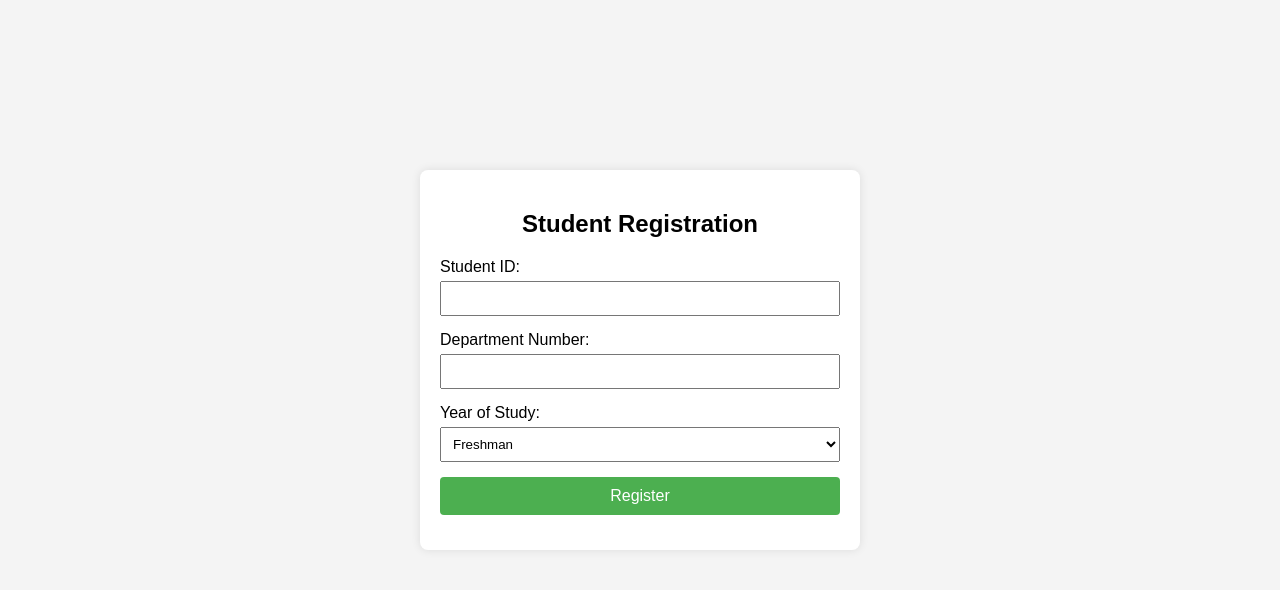
Repository: LokeshGundrathi/AssignmentLeucine
Page: AssignmentProjectLeucine/src/main/webapp/StudentRegistrationForm.html
These files come from the project's save history. The page is drawn as it stood at one moment and after the next save; the edit follows.
The browser window is 1280 px wide. The pictures show the whole page.

Above is the page before, as saved 2024-09-27 16:17:48.

After the next save:
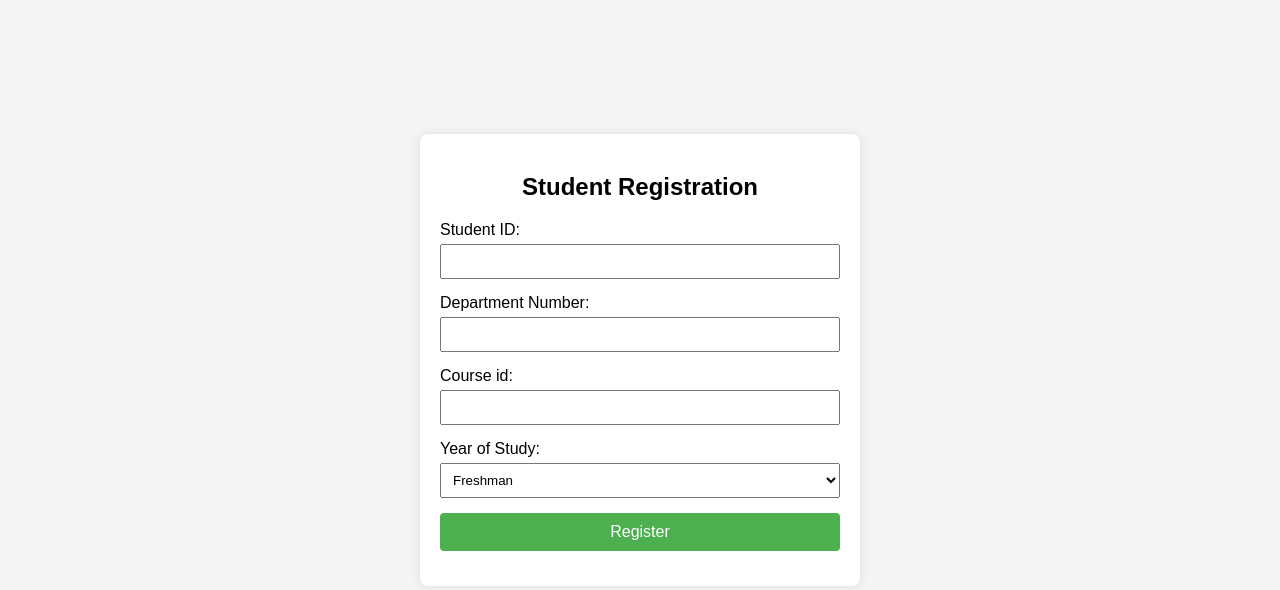
Saved 50 s later.
--- a/AssignmentProjectLeucine/src/main/webapp/StudentRegistrationForm.html
+++ b/AssignmentProjectLeucine/src/main/webapp/StudentRegistrationForm.html
@@ -70,7 +70,10 @@
                 <label for="deptno">Department Number:</label>
                 <input type="text" id="deptno" name="deptno" required>
             </div>
-
+             <div class="form-group">
+                <label for="deptno">Course id:</label>
+                <input type="text" id="courido" name="courid" required>
+            </div>
             <div class="form-group">
                 <label for="year">Year of Study:</label>
                 <select id="year" name="year" required>
